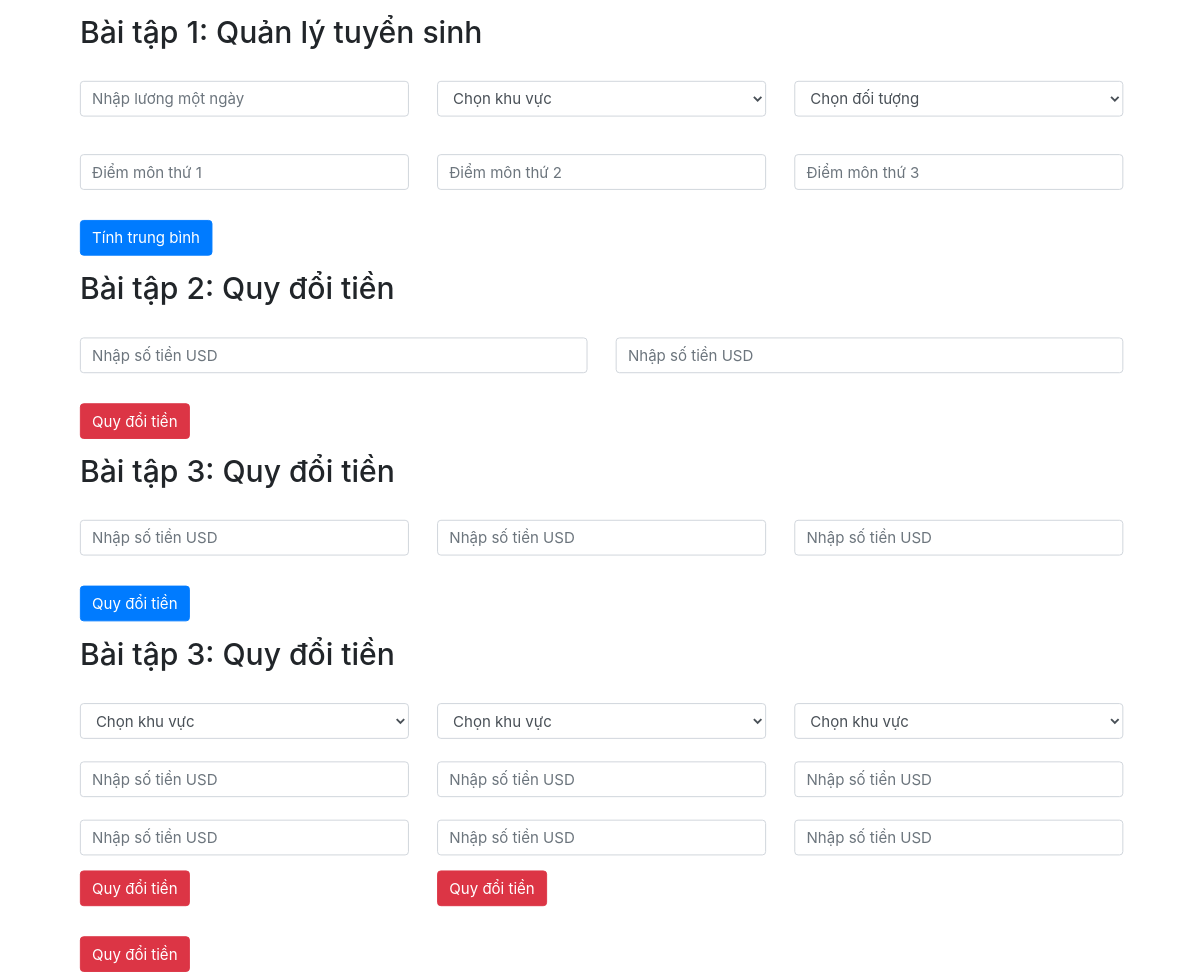
Repository: thanhfrankie/BC10-LeMinhThanh-Js-b5
Page: index.html
An editor plug-in stored every save of this project. The page is shown before and after the next save, followed by the edit.
The browser window is 1280 px wide. The pictures show the whole page, at 94% of full size.

Above is the page before, as saved 2023-12-15 17:38:59.

### index.html
<!doctype html>
<html lang="en">
  <head>
    <title>Title</title>
    <!-- Required meta tags -->
    <meta charset="utf-8">
    <meta name="viewport" content="width=device-width, initial-scale=1, shrink-to-fit=no">

    <!-- Bootstrap CSS -->
    <link rel="stylesheet" href="https://stackpath.bootstrapcdn.com/bootstrap/4.3.1/css/bootstrap.min.css" integrity="sha384-ggOyR0iXCbMQv3Xipma34MD+dH/1fQ784/j6cY/iJTQUOhcWr7x9JvoRxT2MZw1T" crossorigin="anonymous">
  </head>
  <body>
   <!-- Bài tập 1 -->
   <div class="container ">
    <h2 class="mt-3">Bài tập 1: Quản lý tuyển sinh</h2>
    <div class="row">
        <div class="col-sm-4">
            <div class="form-group">
                <label for="luong-mot-ngay"></label>
                <input
                  type="number"
                  class="form-control"
                  name=""
                  id="luong-mot-ngay"
                  aria-describedby="helpId"
                  placeholder="Nhập lương một ngày"
                  required
                />
        </div>
    </div>
        <div class="col-sm-4">
            <div class="form-group">
                <label for=""></label>
                <select class="form-control" id="">
                    <option selected>Chọn khu vực</option>
                    <option>A</option>
                    <option>B</option>
                    <option>C</option>
                </select>
            </div>
        </div>
        <div class="col-sm-4">
            <div class="form-group">
                <label for=""></label>
                <select class="form-control" id="">
                    <option selected>Chọn đối tượng</option>
                    <option>1</option>
                    <option>2</option>
                    <option>3</option>
                </select>
            </div>
        </div>
    </div>
   <div class="row">
        <div class="col-sm-4">
            <div class="form-group">
                <label for="diem-mon-thu-1"></label>
                <input
                  type="number"
                  class="form-control"
                  name=""
                  id="diem-mon-thu-1"
                  aria-describedby="helpId"
                  placeholder="Điểm môn thứ 1"
                  required
                />
        </div>
        </div>
        <div class="col-sm-4">
            <div class="form-group">
                <label for="diem-mon-thu-2"></label>
                <input
                  type="number"
                  class="form-control"
                  name=""
                  id="diem-mon-thu-2"
                  aria-describedby="helpId"
                  placeholder="Điểm môn thứ 2"
                  required
                />
        </div>
        </div>
        <div class="col-sm-4">
            <div class="form-group">
                <label for="diem-mon-thu-3"></label>
                <input
                  type="number"
                  class="form-control"
                  name=""
                  id="diem-mon-thu-3"
                  aria-describedby="helpId"
                  placeholder="Điểm môn thứ 3"
                  required
                />
        </div>
        </div>
    </div>
    <button type="button" onclick="tinhTrungBinh()" class="btn btn-primary mt-3">
        Tính trung bình
      </button>
      <h3 id="ket-qua-trung-binh" class="text-success"></h3>
</div>
       <!-- Bài tập 2 -->
       <div class="container">
        <h2 class="mt-3">Bài tập 2: Quy đổi tiền</h2>
        <div class="row">
            <div class="col-sm-6">
                <div class="form-group">
                    <label for="so-luong-USD"></label>
                    <input
                      type="number"
                      class="form-control"
                      name=""
                      id="so-luong-USD"
                      aria-describedby="helpId"
                      placeholder="Nhập số tiền USD"
                      required
                    />


                  </div>
            </div>
            <div class="col-sm-6">
                <div class="form-group">

                    <label for="so-luong-USD"></label>
                    <input
                      type="number"
                      class="form-control"
                      name=""
                      id="so-luong-USD"
                      aria-describedby="helpId"
                      placeholder="Nhập số tiền USD"
                      required
                    />


            </div>
        </div>
    </div>
    <button type="button" onclick="quyDoiTien()" class="btn btn-danger mt-3">  Quy đổi tiền
    </button>

        <h3 id="so-luong-VND" class="text-success"></h3>
      </div>
        <!-- Bài tập 3-->
        <div class="container">
            <h2 class="mt-3">Bài tập 3: Quy đổi tiền</h2>
            <div class="row">
                <div class="col-sm-4">    <div class="form-group">
                    <label for="so-luong-USD"></label>
                    <input
                      type="text"
                      class="form-control"
                      name=""
                      id="so-luong-USD"
                      aria-describedby="helpId"
                      placeholder="Nhập số tiền USD"
                      required
                    />

                </div></div>
                <div class="col-sm-4">    <div class="form-group">

                  <label for="so-luong-USD"></label>
                  <input
                    type="number"
                    class="form-control"
                    name=""
                    id="so-luong-USD"
                    aria-describedby="helpId"
                    placeholder="Nhập số tiền USD"
                    required
                  />

                </div></div>
                <div class="col-sm-4">    <div class="form-group">

                  <label for="so-luong-USD"></label>
                  <input
                    type="number"
                    class="form-control"
                    name=""
                    id="so-luong-USD"
                    aria-describedby="helpId"
                    placeholder="Nhập số tiền USD"
                    required
                  />


            </div></div>
        </div>
        <button type="button" onclick="quyDoiTien()" class="btn btn-primary mt-3">
            Quy đổi tiền
        </button>
            <h3 id="so-luong-VND" class="text-success"></h3>
          </div>
        <!-- Bài tập 4-->
        <div class="container">
            <h2 class="mt-3">Bài tập 3: Quy đổi tiền</h2>
            <div class="row">
                <div class="col-sm-4"> <div class="form-group">
                    <label for=""></label>
                    <select class="form-control" id="">
                        <option selected>Chọn khu vực</option>
                        <option>A</option>
                        <option>B</option>
                        <option>C</option>
                    </select>
                    <label for="so-luong-USD"></label>
                    <input
                      type="text"
                      class="form-control"
                      name=""
                      id="so-luong-USD"
                      aria-describedby="helpId"
                      placeholder="Nhập số tiền USD"
                      required
                    />

                  <label for="so-luong-USD"></label>
                  <input
                    type="number"
                    class="form-control"
                    name=""
                    id="so-luong-USD"
                    aria-describedby="helpId"
                    placeholder="Nhập số tiền USD"
                    required
                  />

                  <button type="button" onclick="quyDoiTien()" class="btn btn-danger mt-3">
                   Quy đổi tiền
                  </button>
                </div></div>
                <div class="col-sm-4"> <div class="form-group">
                    <label for=""></label>
                    <select class="form-control" id="">
                        <option selected>Chọn khu vực</option>
                        <option>A</option>
                        <option>B</option>
                        <option>C</option>
                    </select>
                    <label for="so-luong-USD"></label>
                    <input
                      type="text"
                      class="form-control"
                      name=""
                      id="so-luong-USD"
                      aria-describedby="helpId"
                      placeholder="Nhập số tiền USD"
                      required
                    />

                  <label for="so-luong-USD"></label>
                  <input
                    type="number"
                    class="form-control"
                    name=""
                    id="so-luong-USD"
                    aria-describedby="helpId"
                    placeholder="Nhập số tiền USD"
                    required
                  />

                  <button type="button" onclick="quyDoiTien()" class="btn btn-danger mt-3">
                   Quy đổi tiền
                  </button>
                </div></div>
                <div class="col-sm-4"> <div class="form-group">
                    <label for=""></label>
                    <select class="form-control" id="">
                        <option selected>Chọn khu vực</option>
                        <option>A</option>
                        <option>B</option>
                        <option>C</option>
                    </select>
                    <label for="so-luong-USD"></label>
                    <input
                      type="text"
                      class="form-control"
                      name=""
                      id="so-luong-USD"
                      aria-describedby="helpId"
                      placeholder="Nhập số tiền USD"
                      required
                    />

                  <label for="so-luong-USD"></label>
                  <input
                    type="number"
                    class="form-control"
                    name=""
                    id="so-luong-USD"
                    aria-describedby="helpId"
                    placeholder="Nhập số tiền USD"
                    required
                  />

                </div></div>
            </div>
            <button type="button" onclick="quyDoiTien()" class="btn btn-danger mt-3">
             Quy đổi tiền
            </button>

            <h3 id="so-luong-VND" class="text-success"></h3>
          </div>


    <!-- Optional JavaScript -->
    <!-- jQuery first, then Popper.js, then Bootstrap JS -->
    <script src="https://code.jquery.com/jquery-3.3.1.slim.min.js" integrity="sha384-q8i/X+965DzO0rT7abK41JStQIAqVgRVzpbzo5smXKp4YfRvH+8abtTE1Pi6jizo" crossorigin="anonymous"></script>
    <script src="https://cdnjs.cloudflare.com/ajax/libs/popper.js/1.14.7/umd/popper.min.js" integrity="sha384-UO2eT0CpHqdSJQ6hJty5KVphtPhzWj9WO1clHTMGa3JDZwrnQq4sF86dIHNDz0W1" crossorigin="anonymous"></script>
    <script src="https://stackpath.bootstrapcdn.com/bootstrap/4.3.1/js/bootstrap.min.js" integrity="sha384-JjSmVgyd0p3pXB1rRibZUAYoIIy6OrQ6VrjIEaFf/nJGzIxFDsf4x0xIM+B07jRM" crossorigin="anonymous"></script>
    <script src="./index.js"></script>
  </body>
</html>

### index.js
// Bài tập 1
/**
 * B1: tạo biến, lấy giá trị từ input
 * B2: Tính lương
 * + tạo biến để tính lương: lương 1 ngày * số ngày làm
 * + gán sự kiện click cho button
 * B3: hiển thị kết quả
 */





// Bài tập 2
/**
 * B1: tạo biến, lấy giá trị từ input
 * B2: Tính lương
 * + tạo biến để tính lương: lương 1 ngày * số ngày làm
 * + gán sự kiện click cho button
 * B3: hiển thị kết quả
 */




// Bài tập 3
/**
 * B1: tạo biến, lấy giá trị từ input
 * B2: Tính lương
 * + tạo biến để tính lương: lương 1 ngày * số ngày làm
 * + gán sự kiện click cho button
 * B3: hiển thị kết quả
 */

After the next save:
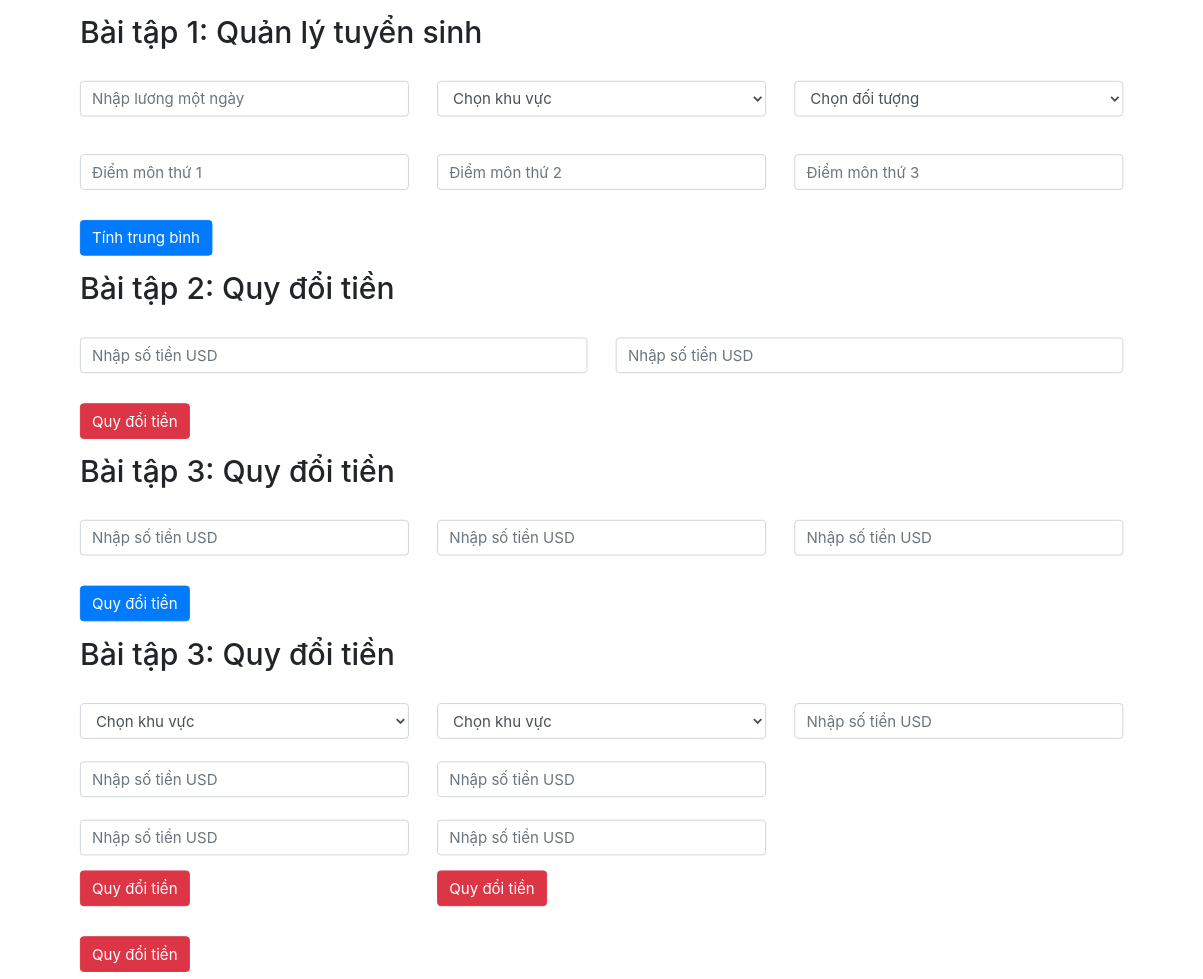
Saved 11 s later.
--- a/index.html
+++ b/index.html
@@ -268,23 +268,6 @@
                   </button>
                 </div></div>
                 <div class="col-sm-4"> <div class="form-group">
-                    <label for=""></label>
-                    <select class="form-control" id="">
-                        <option selected>Chọn khu vực</option>
-                        <option>A</option>
-                        <option>B</option>
-                        <option>C</option>
-                    </select>
-                    <label for="so-luong-USD"></label>
-                    <input
-                      type="text"
-                      class="form-control"
-                      name=""
-                      id="so-luong-USD"
-                      aria-describedby="helpId"
-                      placeholder="Nhập số tiền USD"
-                      required
-                    />
 
                   <label for="so-luong-USD"></label>
                   <input
